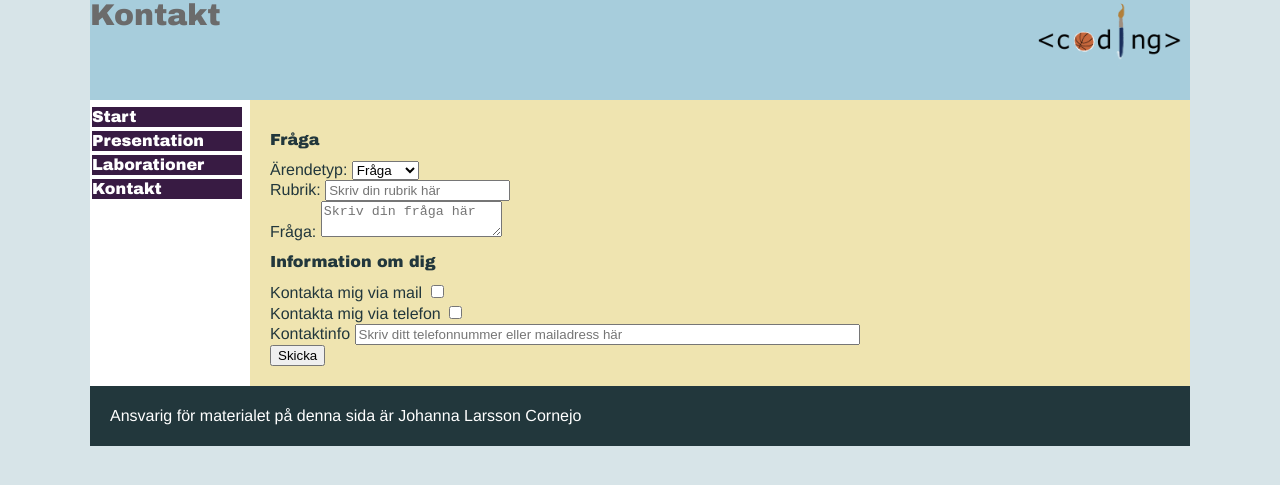
Repository: jc222fi/1ik415-laborationer
Page: pages/kontakt.html
The author's editor kept a record of every edit. The page is drawn from the files as they stood at one moment, then again after the next edit.
The browser window is 1280 px wide. The pictures show the whole page.

Above is the page before.

### pages/kontakt.html
<!doctype html>
<html>
    <head>
        <meta charset="utf-8" />
        <title>Kontakt</title>
        <link rel="stylesheet" href="../css/style.css" />
    </head>
    <body>
    <div id="container">
        <div id="header">
            <header>
                <h1 id="kontakt">Kontakt<img src="../pics/logo.png" alt="Logotyp" /></h1>
            </header>
        </div>
        <div id="nav">
            <ul>
                <li><a href="../index.html">Start</a></li>
                <li><a href="presentation.html">Presentation</a></li>
                <li><a href="laborationer.html">Laborationer</a></li>
                <li><a href="#kontakt" class="active">Kontakt</a></li>
            </ul>
        </div>
        <div id="content">
            <form action="http://voyager.lnu.se/tekinet/kurser/dtt/wp_webbintro/form.php" method="post">
                <fieldset>
                    <legend>Fråga</legend>
                    <label for="ärendetyp" class="label">Ärendetyp:</label>
                    <select id="ärendetyp" name="ärendetyp">
                        <option value="1">Fråga</option>
                        <option value="2">Åsikt</option>
                        <option value="3">Förslag</option>
                    </select>
                    <p>
                        <label for="rubrik" class="label">Rubrik:</label>
                        <input placeholder="Skriv din rubrik här" input type="text" id="rubrik" name="rubrik" size="20" />
                    </p>
                    <p>
                        <label for="fråga" class="label">Fråga:</label>
                        <textarea placeholder="Skriv din fråga här" input type="text" id="fråga" name="fråga"></textarea>
                    </p>
                </fieldset>
                <fieldset>
                    <legend>Information om dig</legend>

                    <label for="mail" class="label">Kontakta mig via mail</label>
                    <input type="checkbox" id="mail" name="g1[]" value="mail" />
                    <p>
                        <label for="telefon" class="label">Kontakta mig via telefon</label>
                        <input type="checkbox" id="telefon" name="g1[]" value="telefon" />
                    </p>
                    <p><label for="kontaktinfo" class="label">Kontaktinfo</label>
                    <input placeholder="Skriv ditt telefonnummer eller mailadress här" input type="text"
                    id="kontaktinfo" name="kontaktinfo" size="60">
                    </p>
                </fieldset>
                <input type="submit" value="Skicka" />
            </form>
        </div>
        <div id="footer">
            <footer>
                <p>Ansvarig för materialet på denna sida är Johanna Larsson Cornejo</p>
            </footer>
        </div>
    </div>
    </body>
</html>

### css/style.css
/* http://meyerweb.com/eric/tools/css/reset/
   v2.0 | 20110126
   License: none (public domain)
*/

html, body, div, span, applet, object, iframe,
h1, h2, h3, h4, h5, h6, p, blockquote, pre,
a, abbr, acronym, address, big, cite, code,
del, dfn, em, img, ins, kbd, q, s, samp,
small, strike, strong, sub, sup, tt, var,
b, u, i, center,
dl, dt, dd, ol, ul, li,
fieldset, form, label, legend,
table, caption, tbody, tfoot, thead, tr, th, td,
article, aside, canvas, details, embed,
figure, figcaption, footer, header, hgroup,
menu, nav, output, ruby, section, summary,
time, mark, audio, video {
	margin: 0;
	padding: 0;
	border: 0;
	font-size: 100%;
	font: inherit;
	vertical-align: baseline;
}

/*Layout*/
#container{
	max-width:1100px;
	margin:0 auto;
}
#header{
	max-width:1098;
	height:100px;
}
#nav{
	float:left;
	width:150px;
	margin-top:5px;
}
#content{
	float:right;
	width:900px;
}
#footer{
	clear:both;
	padding:20px;
}

/*
Background body:#D7E4E8
Background container: #FFFFFF
Background header: #A7CDDC
Background nav: #381B43
Background content: #EFE4B0
Background footer:#22373C
Text colour: #22373C
*/

body{
	background-color:#D7E4E8;

}
#container{
	background-color:#FFFFFF;
}
#header{
	background-color:#A7CDDC;
}
	#header img{
		float:right;
		}
	h1{
		color:#6B6B6B;
		font-family:"Arial Black", Gadget, sans-serif;
		font-size:30px;
		padding-bottom:20px;
	}
#nav{
	background-color:#381B43;
}
	#nav a{
		display:block;
		width:150px;
		border:2px solid white;
		color:white;
	}
		#nav a:link{background-color:#381B43; text-decoration:none;}
		#nav a:visited{background-color:#7F7F7F;text-decoration:none;}
		#nav a:focus{background-color:white;text-decoration:underline;color:black;}
		#nav a:hover{background-color:white;text-decoration:underline;color:black;}
		.active{background-color:#22373C;text-decoration:none;}
		#nav li{
			font-family:"Arial Black", Gadget, sans-serif;
		}

#content{
	padding:20px;
	background-color:#EFE4B0;
	color:#22373C;
}
	h2, h4, legend{
		font-family:"Arial Black", Gadget, sans-serif;
		line-height:40px;
	}
	h4{
		font-size:small;
	}
	p, li, table, dl, form{
		font-family:"Helvetica", "Verdana", sans-serif;
		line-height:20px;
	}
	.post, p em{
		font-family:"Comic Sans MS", cursive, sans-serif;
	}
	p em{
		font-style:italic;
		color:#8B4513;
	}
	#content a:link{color:#7B68EE; text-decoration:none;}
	#content a:visited{color:#8B0000; text-decoration:none;}
	#content a:focus{color:#778899; text-decoration:underline;}
	#content a:hover{color:#778899; text-decoration:underline;}
	#content a:active{color:white; text-decoration:none;}

#footer{
	background-color:#22373C;
	color:#FFFFFF;
}


/* HTML5 display-role reset for older browsers */
article, aside, details, figcaption, figure,
footer, header, hgroup, menu, nav, section {
	display: block;
}
body {
	line-height: 1;
}
ol, ul {
	list-style: none;
}
blockquote, q {
	quotes: none;
}
blockquote:before, blockquote:after,
q:before, q:after {
	content: '';
	content: none;
}
table {
	border-collapse: collapse;
	border-spacing: 0;
}

After the next edit:
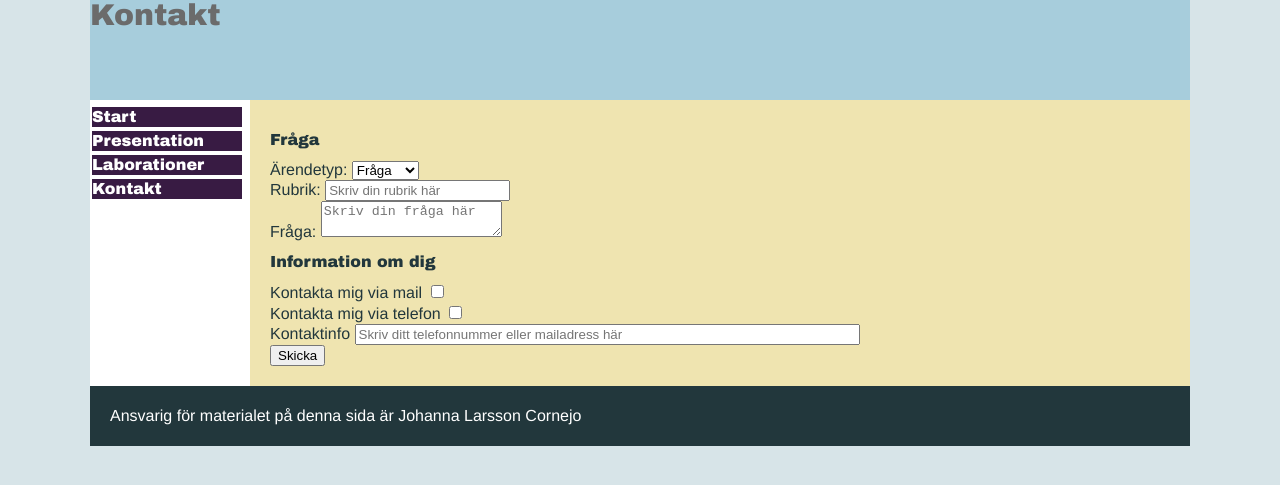
The edit:
--- a/pages/kontakt.html
+++ b/pages/kontakt.html
@@ -9,7 +9,7 @@
     <div id="container">
         <div id="header">
             <header>
-                <h1 id="kontakt">Kontakt<img src="../pics/logo.png" alt="Logotyp" /></h1>
+                <h1 id="kontakt">Kontakt</h1>
             </header>
         </div>
         <div id="nav">
